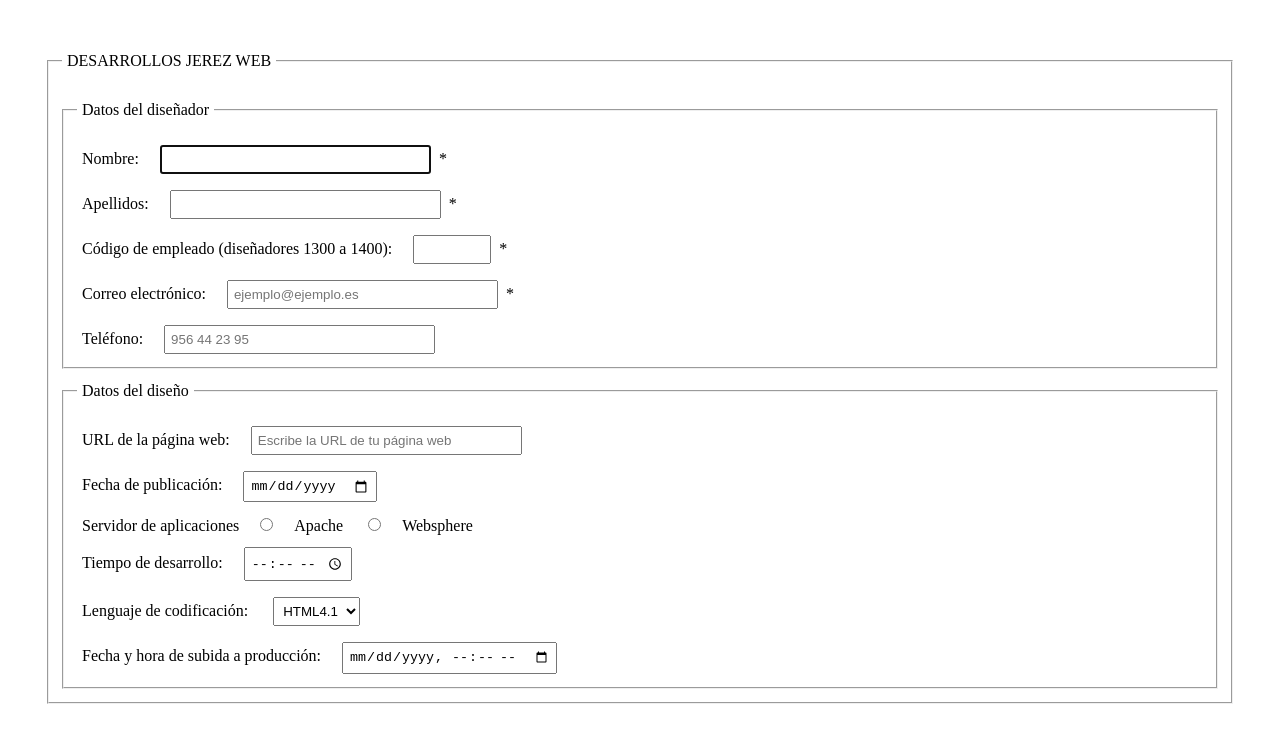
Repository: iSaan86/EV_Practica_FormularioCSS
Page: index.html
An editor plug-in stored every save of this project. The page is shown before and after the next save, followed by the edit.
The browser window is 1280 px wide. The pictures show the whole page.

Above is the page before, as saved 2024-01-11 17:08:11.

### index.html
<!DOCTYPE html>
<html lang="es-ES">

<head>
    <meta charset="UTF-8">
    <meta name="viewport" content="width=device-width, initial-scale=1.0">
    <meta name="keywords" content="formulario, html, css, practica">
    <meta name="description" content="Formularios">
    <meta name="author" content="Alexandra Ferrera Arenas">
    <link rel="icon" type="image/x-icon" href="img/logo-giro.png">
    <link rel="stylesheet" href="css/estilo.css">
    <title> PRACTICA DE FORMULARIOS </title>
</head>

<body>
    <!-- ABRO FORMULARIO -->
    <form method="get" action="" name="formulario1" id="formulario1">
        <!--AGRUPACION GENERAL-->
        <fieldset>
            <legend class="datos">DESARROLLOS JEREZ WEB</legend>
            <fieldset><legend class="datos2">Datos del diseñador</legend>
                <label for="nombre">Nombre:</label><input type="text" id="nombre" name="nombre" alt="indique su nombre" size="30%" autofocus required minlength="2" maxlength="50">*<br>
                <label for="apellidos">Apellidos:</label><input type="text" id="apellidos" name="apellidos" alt="indique sus apellidos" size="30%" required minlength="2" maxlength="50">*<br>
                <label for="codigo">Código de empleado (diseñadores 1300 a 1400):</label><input type="number" id="codigo" name="codigo" alt="indique su código de empleado" required min="1300" max="1400">*<br>
                <label for="email">Correo electrónico:</label><input type="email" id="email" name="email" alt="indique su email" size="30%" placeholder="ejemplo@ejemplo.es" required>*<br>
                <label for="telefono">Teléfono:</label><input type="tel" id="telefono"  name="telefono" alt="indique su telefono" size="30%" placeholder="956 44 23 95"><br>
            </fieldset>
            <fieldset><legend class="datos2">Datos del diseño</legend>
                <label for="url">URL de la página web:</label><input type="url" id="url" name="url" alt="indique la URL de la pagina web" size="30%" placeholder="Escribe la URL de tu página web"><br>
                <label for="fecha">Fecha de publicación:</label><input type="date" name="fecha" id="fecha"><br>
                <label for="servidor">Servidor de aplicaciones</label><input type="radio" id="apache" name="servidor" alt="verificar apache" value="Apache"><label for="hombre">Apache</label>
                <input type="radio" id="websphere" name="servidor" alt="verificar websphere" value="Websphere"><label for="mujer">Websphere</label><br>
                <label for="tiempo">Tiempo de desarrollo:</label><input type="time" name="tiempo" id="tiempo"><br>
                <label for="lenguaje">Lenguaje de codificación:</label>
                <select id="lenguaje" name="lenguaje" alt="Elija lenguaje de codificación"><br>
                    <option value="html4.1">HTML4.1</option>
                    <option value="xhtml">XHTML</option>
                    <option value="html5">HTML5</option>
                </select><br>
                <label for="fechayhora">Fecha y hora de subida a producción:</label><input type="datetime-local" name="fechayhora" size="30%">
            </fieldset>













        </fieldset>
    </form>




</body>





</html>

### css/estilo.css
@charset "UTF-8";

/* Para todo el html */
*{
    padding: 5px;
    margin:8px;
}

After the next save:
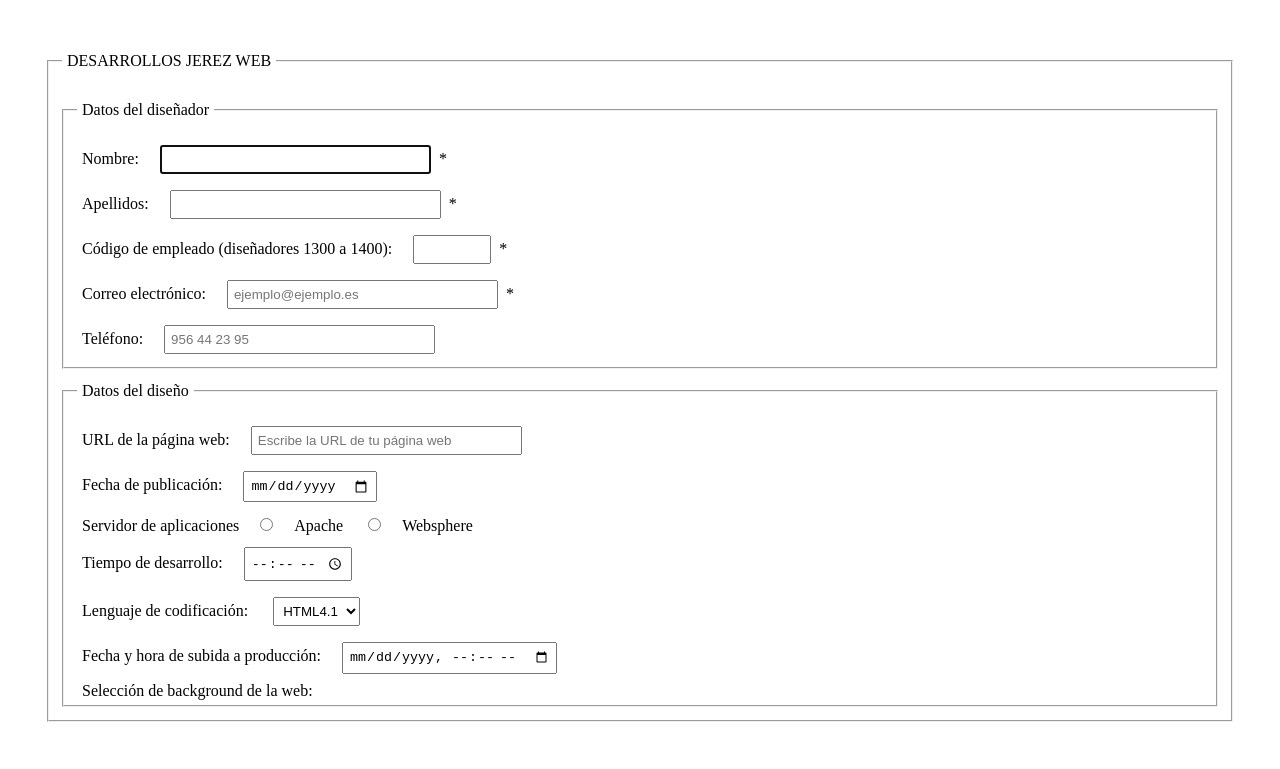
Saved 52 s later.
--- a/index.html
+++ b/index.html
@@ -37,7 +37,8 @@
                     <option value="xhtml">XHTML</option>
                     <option value="html5">HTML5</option>
                 </select><br>
-                <label for="fechayhora">Fecha y hora de subida a producción:</label><input type="datetime-local" name="fechayhora" size="30%">
+                <label for="fechayhora">Fecha y hora de subida a producción:</label><input type="datetime-local" name="fechayhora" size="30%"><br>
+                <label for="fondo">Selección de background de la web:</label>
             </fieldset>
 
 
